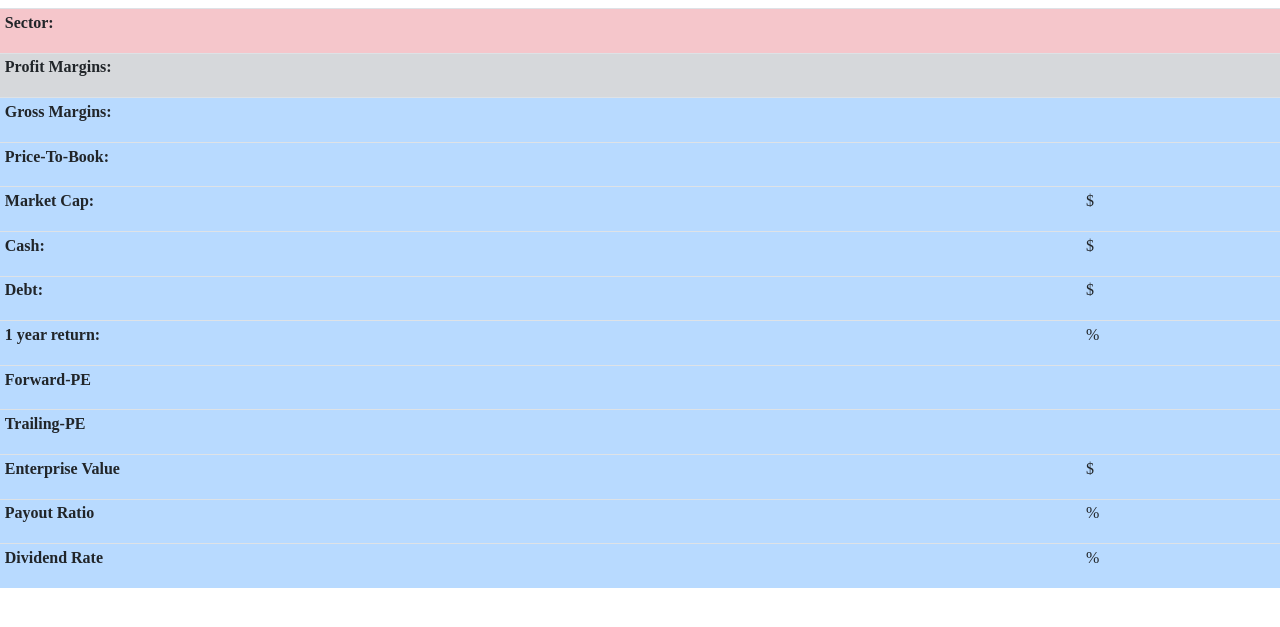
Repository: brendan12372/theSite
Page: topTen/templates/stocks/stock_detail.html
These files come from the project's save history. The page is drawn as it stood at one moment and after the next save; the edit follows.
The browser window is 1280 px wide. The pictures show the whole page.
Some web libraries are served in a nearby version. The page is served by the project's application, run on Django 4.2 (manage.py). The template is opened directly, without the code that normally fills it, so the values that code supplies are empty.

Above is the page before, as saved 2022-03-15 01:06:34.

After the next save:
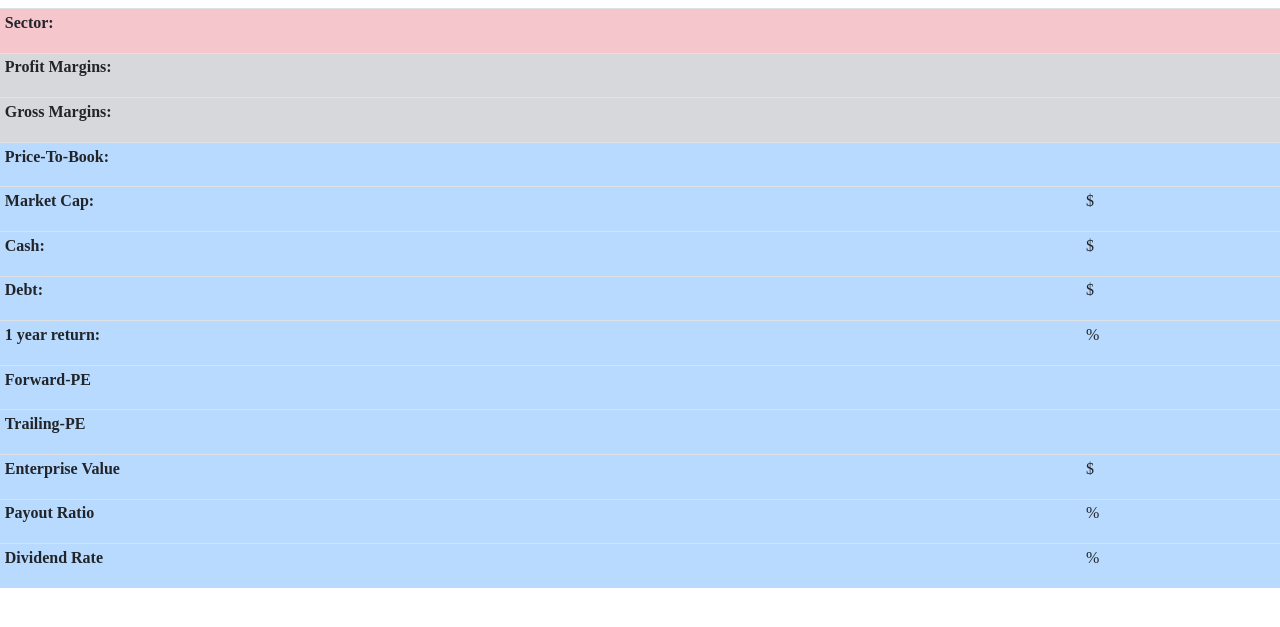
Saved 28 s later.
--- a/topTen/templates/stocks/stock_detail.html
+++ b/topTen/templates/stocks/stock_detail.html
@@ -47,7 +47,7 @@
         </tr>
 
 
-        <tr>
+        <tr class="table-secondary">
           <td><p class="font-weight-bold">Gross Margins:</p></td>
           <td>{{object.grossMargins}}</td>
         </tr>
